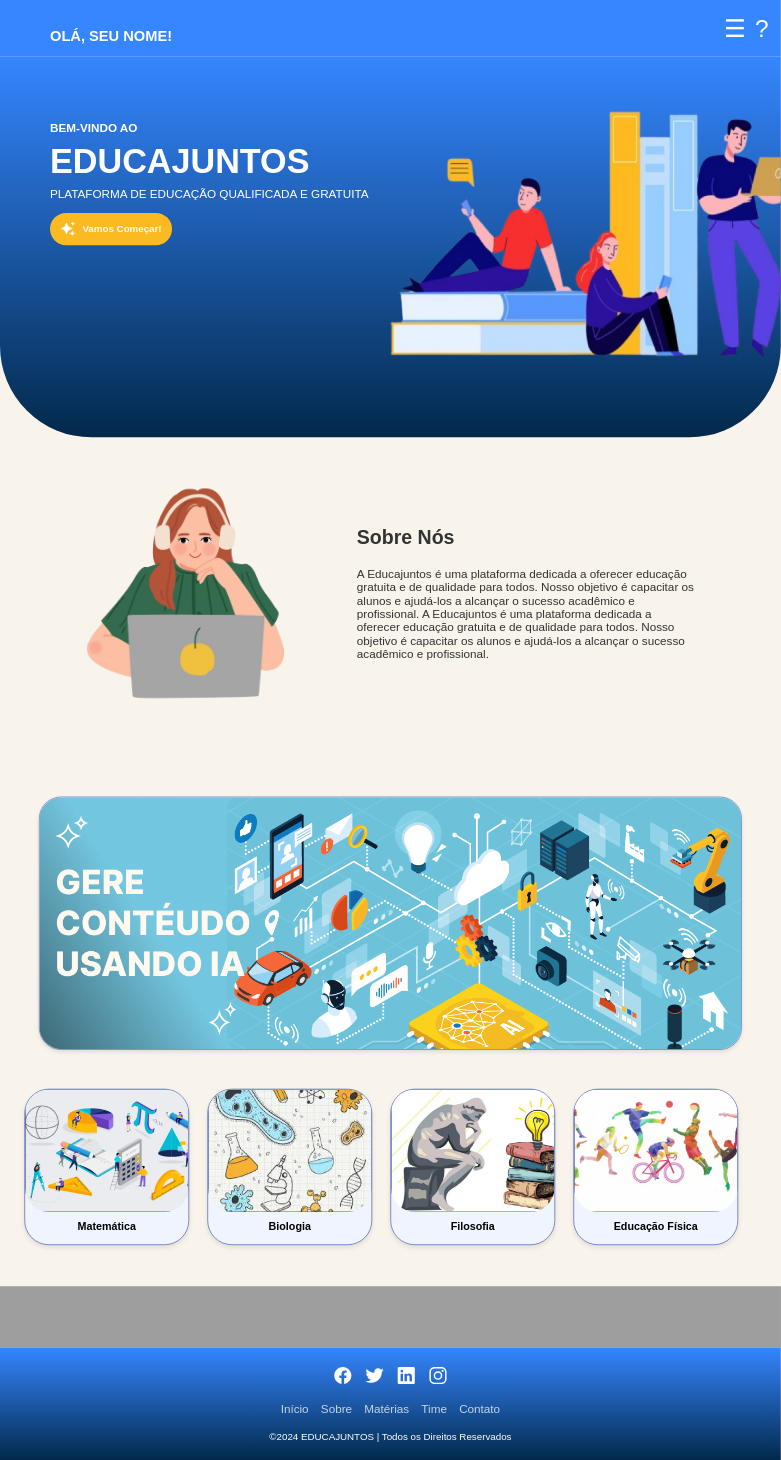
Repository: Matheus904-12/EDUCAJUNTOS
Page: inicio/index.html
An editor plug-in stored every save of this project. The page is shown before and after a run of saves, followed by the edit.
The browser window is 1280 px wide. The pictures show the whole page, at 61% of full size.
Pictures or frames that could not be fetched are drawn as grey boxes.

Above is the page before, as saved 2024-10-28 21:14:20.

After the next 2 saves:
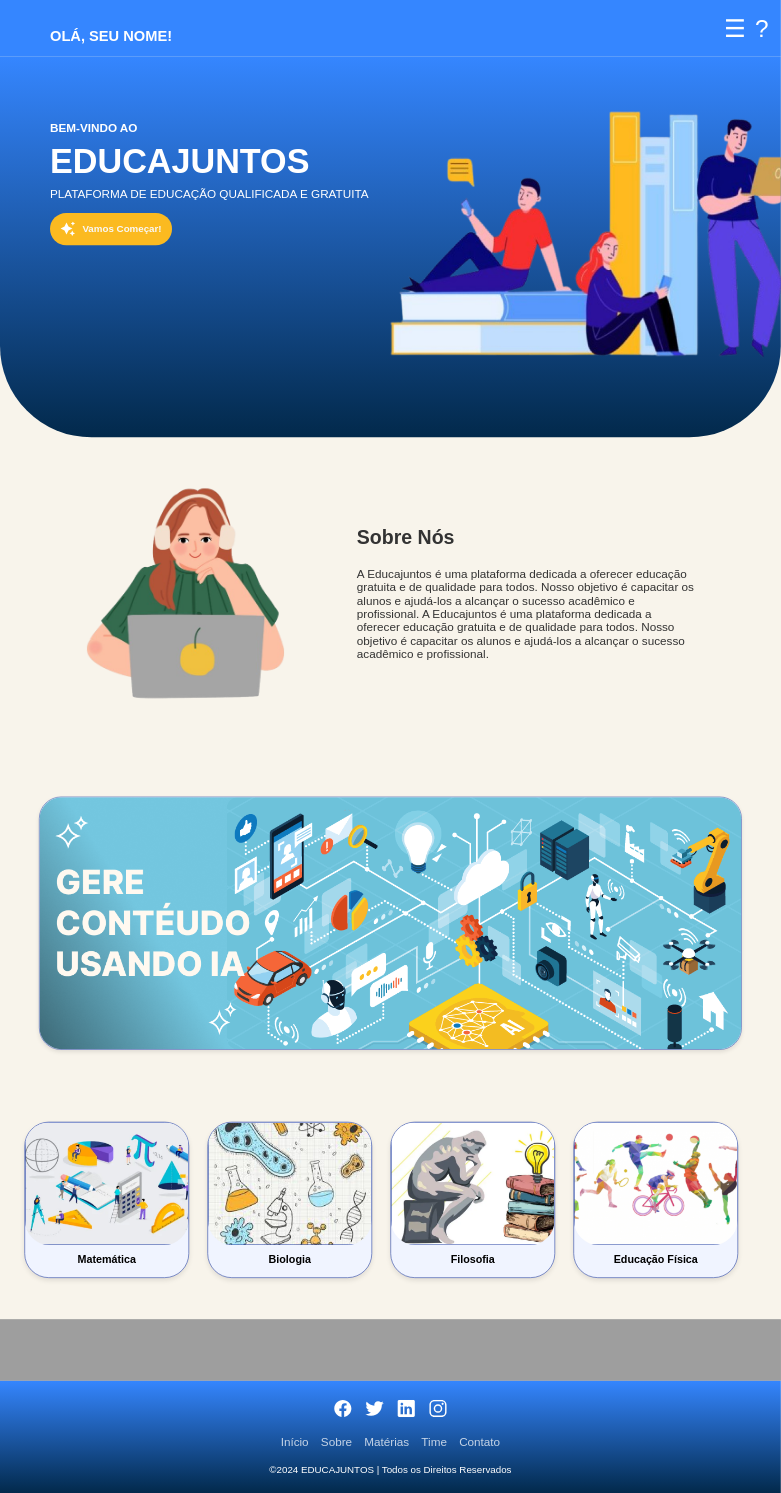
The 2 saves are shown as one change because they came seconds apart.
The last was saved 19 s later.
--- a/inicio/index.html
+++ b/inicio/index.html
@@ -53,7 +53,8 @@
                 <h2>Sobre Nós</h2>
                 <p>A Educajuntos é uma plataforma dedicada a oferecer educação gratuita e de qualidade para todos. Nosso
                     objetivo é capacitar os alunos e ajudá-los a alcançar o sucesso acadêmico e profissional.
-                    A Educajuntos é uma plataforma dedicada a oferecer educação gratuita e de qualidade para todos. Nosso
+                    A Educajuntos é uma plataforma dedicada a oferecer educação gratuita e de qualidade para todos.
+                    Nosso
                     objetivo é capacitar os alunos e ajudá-los a alcançar o sucesso acadêmico e profissional.</p>
             </div>
         </div>
@@ -68,7 +69,9 @@
             <img src="../image/7.png" alt="IA">
         </div>
 
-
+        <br>
+        <br>
+        <br>
 
         <section class="categories">
             <div class="category-card">
